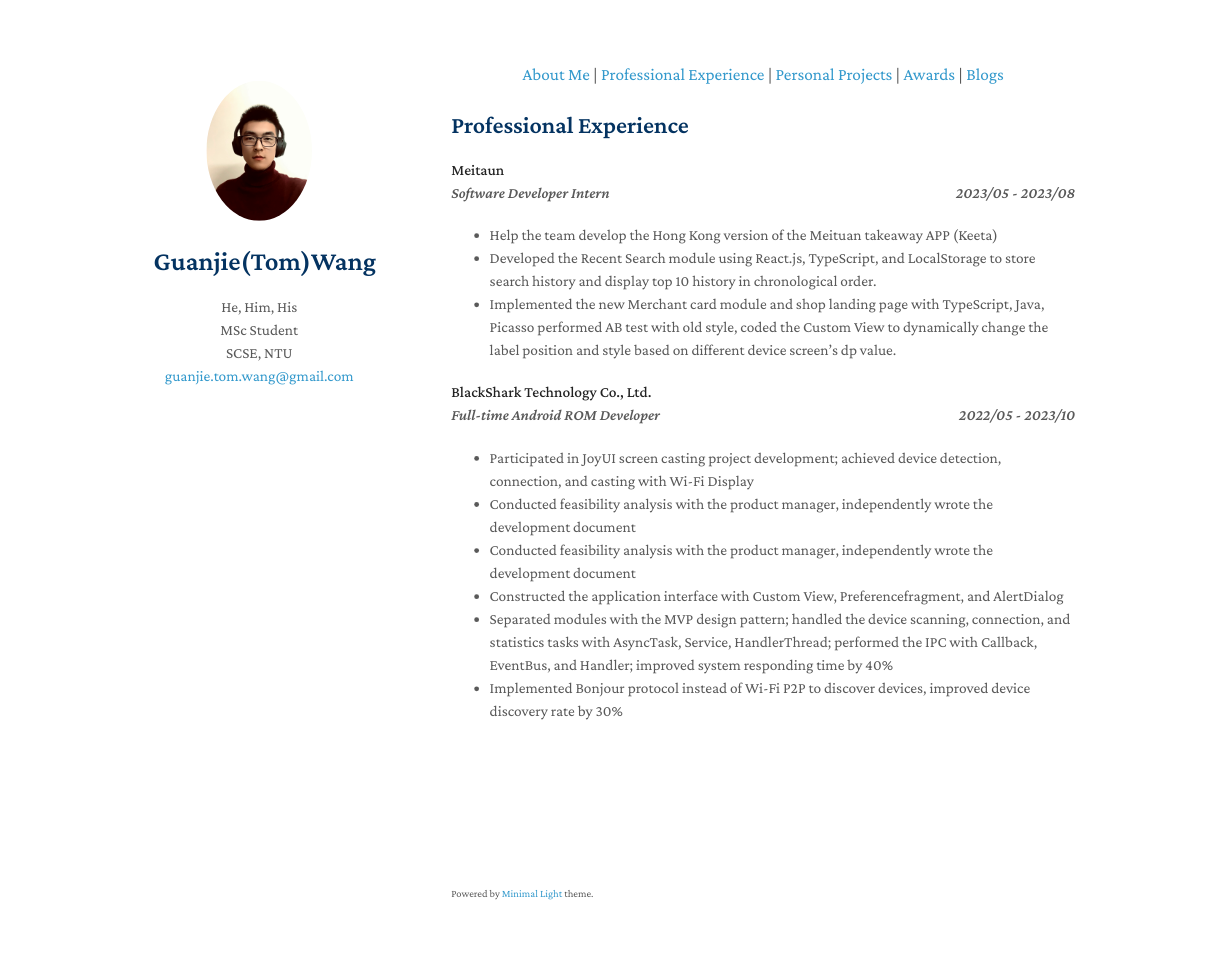
Repository: guanjie01/aboutme
Page: html/professional.html
The author's editor kept a copy of each file at every save. The page is drawn from the files as they stood at one save, then again after the next save.
The browser window is 1280 px wide. The pictures show the whole page, at 96% of full size.

Above is the page before, as saved 2023-07-31 23:46:01.

### html/professional.html
<!DOCTYPE html>
<html lang="en" class="">

<head>
  <meta http-equiv="Content-Type" content="text/html; charset=UTF-8" />
  <title>Guanjie Wang</title>
  <link rel="shortcut icon" href="../assert/Icon.ico" />
  <meta http-equiv="X-UA-Compatible" content="IE=edge" />
  <meta name="viewport" content="width=device-width, initial-scale=1" />
  <meta name="description"
    content="The Minimal Light is a simple and elegant jekyll theme for academic personal homepage." />

  <meta name="keywords" content="minimal academic" />

  <link rel="stylesheet" href="../css/academicons.min.css" />

  <link rel="stylesheet" href="../css/all.min.css" />

  <link rel="stylesheet" href="../css/style.css" />
  <link type="text/css" rel="stylesheet" charset="UTF-8" href="../css/translateelement.css" />
</head>
<script src="../js/Professional.js"></script>

<body data-new-gr-c-s-check-loaded="14.1087.0" data-gr-ext-installed="">
  <div id="app">
    <div class="spinner">
      <div class="rect1"></div>
      <div class="rect2"></div>
      <div class="rect3"></div>
      <div class="rect4"></div>
      <div class="rect5"></div>
    </div>
    <p style="text-align: center; font-size: 28px">Loading, please wait...</p>
  </div>
  <div class="wrapper">
    <header id="hd">
      <a class="image avatar"><img src="../assert/Photo.jpg" alt="avatar" oncontextmenu="return false" /></a>

      <h1>Guanjie(Tom)Wang</h1>
      He, Him, His
      <br />
      MSc Student
      <br />

      SCSE, NTU

      <br />
      <a href="mailto: guanjie.tom.wang@gmail.com">guanjie.tom.wang@gmail.com</a>
    </header>
    <section id="main">
      <nav id="nav">
        <a href="https://o-guanjiewang-o.github.io/guanjiewang.com/index.html">About Me</a>
        |
        <a href="https://o-guanjiewang-o.github.io/guanjiewang.com/html/professional.html">Professional Experience</a>
        |
        <a href="https://o-guanjiewang-o.github.io/guanjiewang.com/html/project.html">Personal Projects</a>
        |
        <a href="https://o-guanjiewang-o.github.io/guanjiewang.com/html/awards.html">Awards</a>
        |
        <a href="https://o-guanjiewang-o.github.io/guanjiewang.com/html/blogs.html">Blogs</a>
      </nav>
      <br />
      <div id="work-experience">
        <h2>Professional Experience</h2>
        <div>
          <p>
            <strong style="float: left; margin-right: 10px">Meitaun</strong>
          </p>
          <br />
          <p>
            <em style="float: left; font-size: medium;">Software Developer Intern</em>
            <em style="float: right; margin-left: 10px;font-size: medium;">2023/05 - 2023/08</em>
          </p>
          <br />
          <ul>
            <li>
              Help the team develop the Hong Kong version of the Meituan
              takeaway APP (Keeta)
            </li>
            <li>
              Developed the Recent Search module using React.js, TypeScript,
              and LocalStorage to store search history and display top 10
              history in chronological order.
            </li>
            <li>
              Implemented the new Merchant card module and shop landing page
              with TypeScript, Java, Picasso performed AB test with old style,
              coded the Custom View to dynamically change the label position
              and style based on different device screen’s dp value.
            </li>
          </ul>
        </div>
        <div>
          <p>
            <strong style="float: left; margin-right: 10px">BlackShark Technology Co., Ltd.</strong>
          </p>
          <br />
          <p>
            <em style="float: left">Full-time Android ROM Developer</em>
            <em style="float: right; margin-left: 10px">2022/05 - 2023/10</em>
          </p>
          <br />
          <ul>
            <li>
              Participated in JoyUI screen casting project development;
              achieved device detection, connection, and casting with Wi-Fi
              Display
            </li>
            <li>
              Conducted feasibility analysis with the product manager,
              independently wrote the development document
            </li>
            <li>
              Conducted feasibility analysis with the product manager,
              independently wrote the development document
            </li>
            <li>
              Constructed the application interface with Custom View,
              Preferencefragment, and AlertDialog
            </li>
            <li>
              Separated modules with the MVP design pattern; handled the
              device scanning, connection, and statistics tasks with
              AsyncTask, Service, HandlerThread; performed the IPC with
              Callback, EventBus, and Handler; improved system responding time
              by 40%
            </li>
            <li>
              Implemented Bonjour protocol instead of Wi-Fi P2P to discover
              devices, improved device discovery rate by 30%
            </li>
          </ul>
        </div>
      </div>

      <div id="reference">
        <br /><br /><br /><br /><br /><br />

        <p>
          <small>Powered by
            <a href="https://github.com/yaoyao-liu/minimal-light" target="_blank" rel="noopener">Minimal Light</a>
            theme.</small>
        </p>
      </div>
    </section>
  </div>
</body>

</html>

### css/style.css
@import url("https://fonts.googleapis.com/css2?family=Crimson+Pro:ital,wght@0,400;0,500;0,600;1,600&display=swap");
@import url("https://fonts.googleapis.com/css2?family=Ubuntu+Mono&display=swap");
body {
  background-color: #fff;
  padding: 0px;
  font: 16px/1.5 Crimson Pro, serif;
  color: #595959;
  font-weight: 400;
  margin: 0;
}
@keyframes fadeInAnimation {
  0% {
    opacity: 0; /*设置不透明度*/
  }
  100% {
    opacity: 1;
  }
}
.social-icons a {
  display: inline-block;
  height: 3rem;
  width: 3rem;
  background-color: #495057;
  color: #fff !important;
  border-radius: 100%;
  text-align: center;
  font-size: 1.5rem;
  line-height: 3.1rem;
  margin-right: 1rem;
}
.social-icons a:last-child {
  margin-right: 0;
}
.social-icons a:hover {
  background-color: #000000;
}
autocolor {
  color: #494949;
}
lightonly {
  visibility: visible;
}
darkonly {
  visibility: hidden;
}
education {
  font-weight: 500;
  font-size: 115%;
}
papertitle {
  font-weight: 600;
  font-size: 100%;
}
@media (prefers-color-scheme: dark) {
  body {
    background-color: #20212b;
    color: #dadbdf;
  }
  autocolor {
    color: #dadbdf;
  }
  lightonly {
    visibility: hidden;
  }
  darkonly {
    visibility: visible;
  }
  papertitle {
    color: #eeeff0;
  }
}
.image {
  border-radius: 0.35em;
  border: 0;
  display: inline-block;
  position: relative;
}
.image:before {
  -moz-transition: opacity 0.2s ease-in-out;
  -webkit-transition: opacity 0.2s ease-in-out;
  -ms-transition: opacity 0.2s ease-in-out;
  transition: opacity 0.2s ease-in-out;
  border-radius: 0.35em;
  content: "";
  display: block;
  height: 100%;
  left: 0;
  opacity: 0.5;
  position: absolute;
  top: 0;
  width: 100%;
}
.image.avatar {
  border-radius: 100%;
}
.image.avatar:before {
  display: none;
}
.image.avatar img {
  border-radius: 100%;
  width: 50%;
  padding: 20px;
}
#header .image.avatar {
  margin: 0 0 1em 0;
  width: 8em;
}
h1,
h3,
h4,
h5,
h6 {
  font-weight: 600;
  color: #043361;
  margin: 0 0 20px;
}
h2 {
  color: #043361;
  margin: 2px 0px 15px;
  font-size: 157%;
}
@media (prefers-color-scheme: dark) {
  h1,
  h3,
  h4,
  h5,
  h6 {
    color: #3eb7f0;
  }
  h2 {
    color: #3eb7f0;
  }
}
p,
ul,
ol,
table,
pre,
dl {
  margin: 0 0 20px;
}
h1,
h2,
h3 {
  line-height: 1.1;
}
h1 {
  font-size: 28px;
}
a {
  color: #39c;
  text-decoration: none;
}
a:hover {
  color: #069;
}
@media (prefers-color-scheme: dark) {
  a {
    color: #3eb7f0;
  }
}
a small {
  font-size: 11px;
  color: #777;
  margin-top: -0.3em;
  display: block;
}
a:hover small {
  color: #777;
}
.wrapper {
  width: 960px;
  margin: 0 auto;
}
blockquote {
  border-left: 1px solid #e5e5e5;
  margin: 0;
  padding: 0 0 0 20px;
  font-style: italic;
}
code,
pre {
  font-family: Monaco, Bitstream Vera Sans Mono, Lucida Console, Terminal,
    Consolas, Liberation Mono, DejaVu Sans Mono, Courier New, monospace;
  color: #333;
}
pre {
  max-width: 500px;
  padding: 8px 15px;
  background: #f8f8f8;
  border-radius: 5px;
  border: 1px solid #e5e5e5;
  overflow-x: auto;
}
table {
  width: 100%;
  border-collapse: collapse;
}
th,
td {
  text-align: left;
  padding: 5px 10px;
  border-bottom: 1px solid #e5e5e5;
}
dt {
  color: #444;
  font-weight: 500;
}
th {
  color: #444;
}
@media (prefers-color-scheme: dark) {
  th {
    color: #3eb7f0;
  }
  dt {
    color: #3eb7f0;
  }
}
img {
  max-width: 100%;
}
header {
  width: 220px;
  float: left;
  position: fixed;
  -webkit-font-smoothing: subpixel-antialiased;
  padding-top: 4em;
  text-align: center;
  animation: 1s fadeInAnimation;
  animation-iteration-count: 1;
  animation-fill-mode: forwards;
}
nav {
  text-align: center;
  font-size: large;
  animation: 1s fadeInAnimation;
  animation-iteration-count: 1;
  animation-fill-mode: forwards;
}
#about-me {
  animation: 1s fadeInAnimation;
  animation-iteration-count: 1;
  animation-fill-mode: forwards;
}
#work-experience {
  animation: 1s fadeInAnimation;
  animation-iteration-count: 1;
  animation-fill-mode: forwards;
}

#project {
  animation: 1s fadeInAnimation;
  animation-iteration-count: 1;
  animation-fill-mode: forwards;
}
#Awards {
  animation: 1s fadeInAnimation;
  animation-iteration-count: 1;
  animation-fill-mode: forwards;
}
#reference {
  animation: 1s fadeInAnimation;
  animation-iteration-count: 1;
  animation-fill-mode: forwards;
}
header ul {
  list-style: none;
  height: 40px;
  padding: 0;
  background: #f4f4f4;
  border-radius: 5px;
  border: 1px solid #e0e0e0;
  width: 270px;
}
header li {
  width: 89px;
  float: left;
  border-right: 1px solid #e0e0e0;
  height: 40px;
}
header li:first-child a {
  border-radius: 5px 0 0 5px;
}
header li:last-child a {
  border-radius: 0 5px 5px 0;
}
header ul a {
  line-height: 1;
  font-size: 11px;
  color: #999;
  display: block;
  text-align: center;
  padding-top: 6px;
  height: 34px;
}
header ul a:hover {
  color: #999;
}
header ul a:active {
  background-color: #f0f0f0;
}
strong {
  color: #222;
  font-weight: 500;
}
@media (prefers-color-scheme: dark) {
  strong {
    color: #eeeff0;
  }
}
header ul li + li + li {
  border-right: none;
  width: 89px;
}
header ul a strong {
  font-size: 14px;
  display: block;
  color: #222;
}
section {
  width: 650px;
  float: right;
  padding-top: 4em;
  padding-bottom: 50px;
}
small {
  font-size: 11px;
}
hr {
  border: 0;
  background: #e5e5e5;
  height: 1px;
  margin: 0 0 20px;
}
footer {
  width: 220px;
  float: left;
  position: fixed;
  bottom: 30px;
  -webkit-font-smoothing: subpixel-antialiased;
  text-align: center;
}
@media print, screen and (max-width: 960px) {
  div.wrapper {
    width: auto;
    margin: 0;
  }
  header,
  section,
  footer {
    float: none;
    position: static;
    width: auto;
  }
  header {
    padding-right: 320px;
  }
  section {
    border: 1px solid #e5e5e5;
    border-width: 1px 0;
    padding: 20px 0;
    margin: 0 0 20px;
  }
  header a small {
    display: inline;
  }
  header ul {
    position: absolute;
    right: 50px;
    top: 52px;
  }
  .image.avatar img {
    border-radius: 100%;
    width: 117px;
    padding: 20px;
  }
  #head1o2 {
    visibility: hidden;
  }
  #head2o2 {
    visibility: hidden;
  }
}
@media print, screen and (max-width: 960px) {
  body {
    word-wrap: break-word;
    padding: 15px;
  }
  header {
    padding: 0;
  }
  pre,
  code {
    word-wrap: normal;
  }
}
@media print, screen and (max-width: 480px) {
  body {
    padding: 15px;
  }
  header ul {
    width: 99%;
  }
  header li,
  header ul li + li + li {
    width: 33%;
  }
  .image.avatar img {
    border-radius: 100%;
    width: 95px;
    padding: 20px;
  }
  #head1o2 {
    visibility: hidden;
  }
  #head2o2 {
    visibility: hidden;
  }
}
@media print {
  body {
    padding: 0.4in;
    font-size: 12pt;
    color: #444;
  }
}
.biblink {
  text-decoration: none;
  display: inline;
  margin-right: 0px;
}
.fakelink {
  text-decoration: none;
  cursor: pointer;
}
.bibref {
  font-size: 70%;
  margin-top: 10px;
  margin-left: 0px;
  display: none;
  font-family: monospace;
}

.spinner {
  margin: 50px auto;
  width: 300px;
  height: 300px;
  text-align: center;
  font-size: 10px;
}

.spinner > div {
  background-color: #043361;
  height: 100%;
  width: 20px;
  display: inline-block;
  -webkit-animation: stretchDelay 1.2s infinite ease-in-out;
  animation: stretchDelay 1.2s infinite ease-in-out;
}

.spinner .rect2 {
  margin-left: 30px;
  -webkit-animation-delay: -1.1s;
  animation-delay: -1.1s;
}

.spinner .rect3 {
  margin-left: 30px;
  -webkit-animation-delay: -1s;
  animation-delay: -1s;
}

.spinner .rect4 {
  margin-left: 30px;
  -webkit-animation-delay: -0.9s;
  animation-delay: -0.9s;
}

.spinner .rect5 {
  margin-left: 30px;
  -webkit-animation-delay: -0.8s;
  animation-delay: -0.8s;
}

@-webkit-keyframes stretchDelay {
  0%,
  40%,
  100% {
    -webkit-transform: scaleY(0.4);
  }
  20% {
    -webkit-transform: scaleY(1);
  }
}

@keyframes stretchDelay {
  0%,
  40%,
  100% {
    transform: scaleY(0.4);
    -webkit-transform: scaleY(0.4);
  }
  20% {
    transform: scaleY(1);
    -webkit-transform: scaleY(1);
  }
}

Loaded but not shown: css/academicons.min.css (library); css/all.min.css (library); js/Professional.js (22 lines, source omitted); css/translateelement.css (924 lines, source omitted)

After the next save:
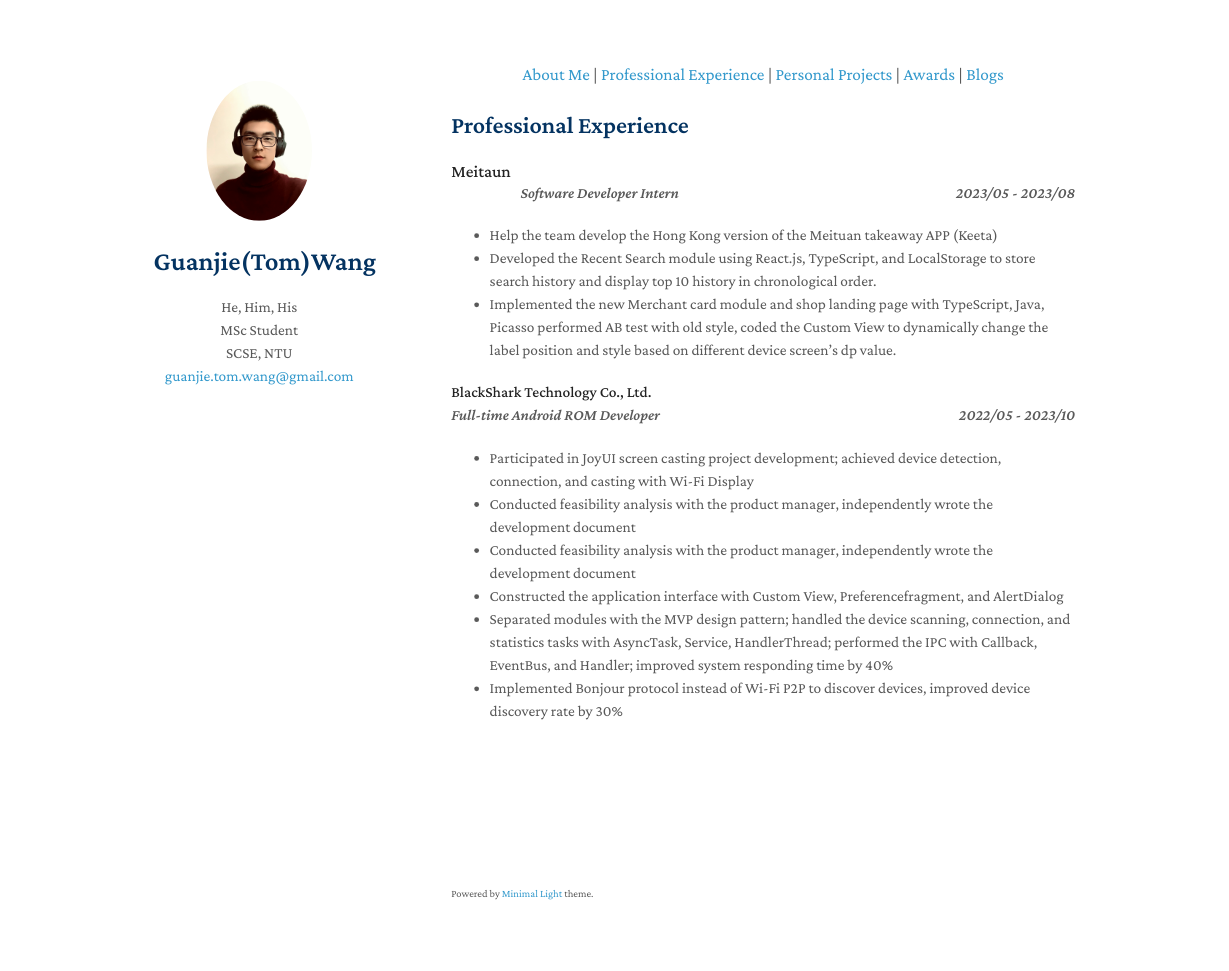
Saved 10 s later.
--- a/html/professional.html
+++ b/html/professional.html
@@ -64,7 +64,7 @@
         <h2>Professional Experience</h2>
         <div>
           <p>
-            <strong style="float: left; margin-right: 10px">Meitaun</strong>
+            <strong style="float: left; margin-right: 10px;font-size: large;">Meitaun</strong>
           </p>
           <br />
           <p>

After the save that followed:
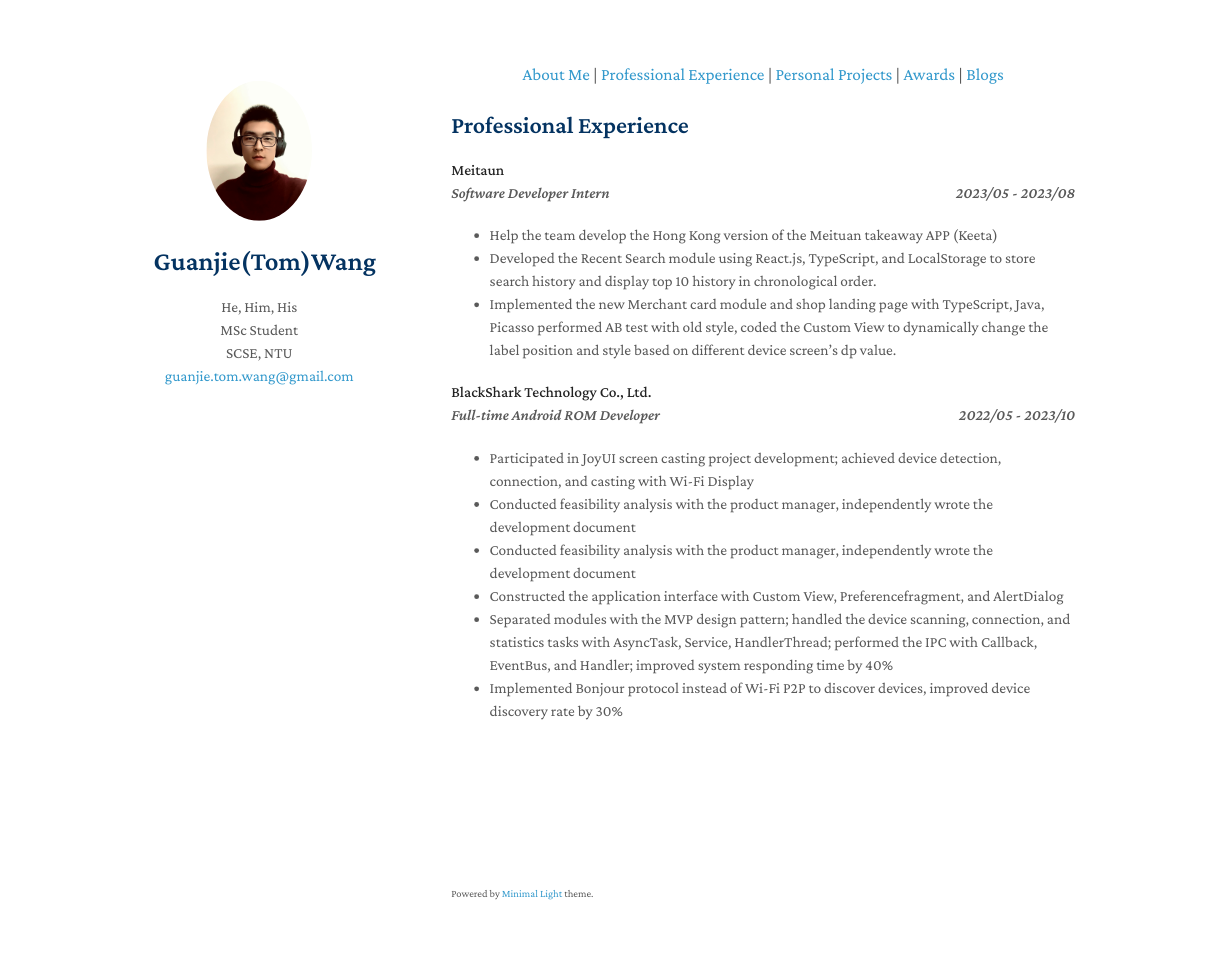
Saved 22 s later.
--- a/html/professional.html
+++ b/html/professional.html
@@ -64,7 +64,7 @@
         <h2>Professional Experience</h2>
         <div>
           <p>
-            <strong style="float: left; margin-right: 10px;font-size: large;">Meitaun</strong>
+            <strong style="float: left; margin-right: 10px;">Meitaun</strong>
           </p>
           <br />
           <p>
